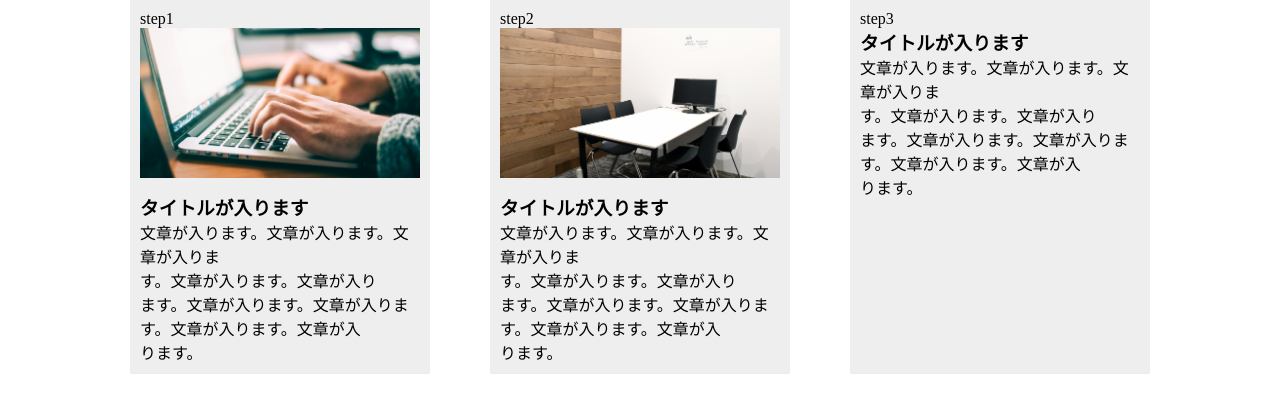
Repository: ryosei-110/HTML-CSS-
Page: 1-9exercise/1-9-2.html
The author's editor kept a record of every edit. The page is drawn from the files as they stood at one moment, then again after the next edit.
The browser window is 1280 px wide. The pictures show the whole page.

Above is the page before.

After the next edit:
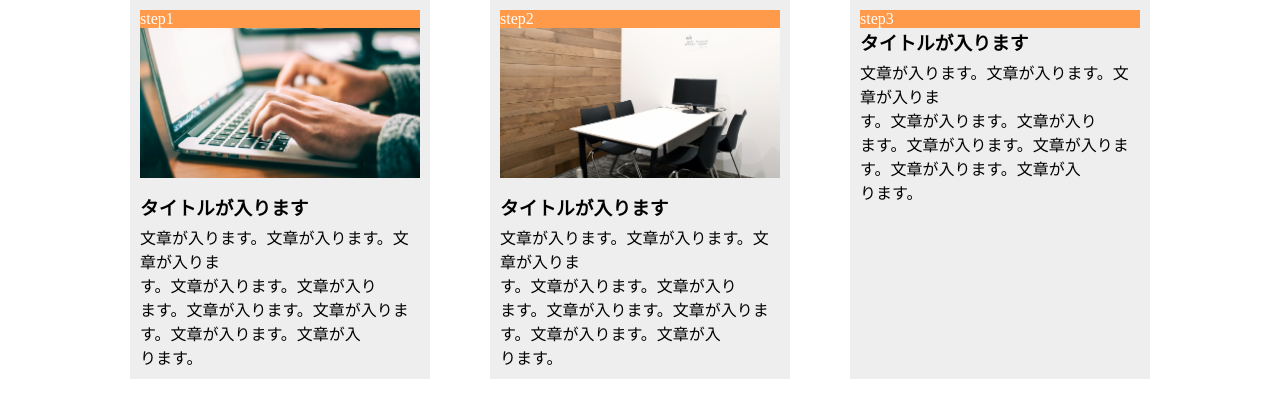
The edit:
--- a/1-9exercise/1-9-2.css
+++ b/1-9exercise/1-9-2.css
@@ -49,6 +49,16 @@
   height: 150px;
   background-size: cover;
   background-position: bottom center;
+}
+
+.image1 {
+  background-image: url(img/flow01.png);
+  margin-bottom: 15px;
+  width: 280px;
+  height: 150px;
+  background-size: cover;
+  background-position: bottom center;
+}
 
 .box-text {
   background-color: #ff9a4b;
